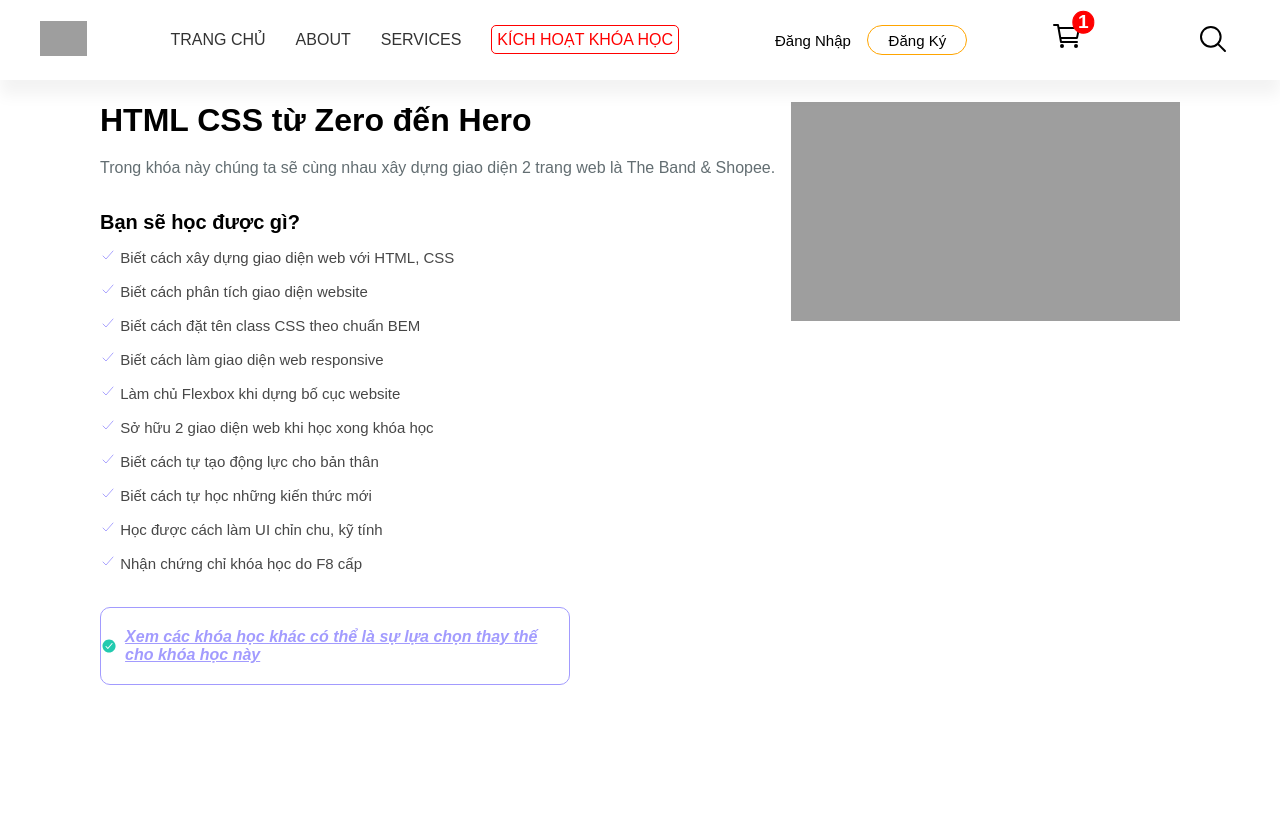
Repository: hoanghuuphuc/hoanghuuphuc
Page: details.html
These files come from the project's save history. The page is drawn as it stood at one moment and after the next save; the edit follows.
The browser window is 1280 px wide. The pictures show the whole page.
Pictures or frames that could not be fetched are drawn as grey boxes.

Above is the page before, as saved 2022-12-11 21:59:14.
Console error: TypeError: Cannot read properties of null (reading 'addEventListener')

After the next save:
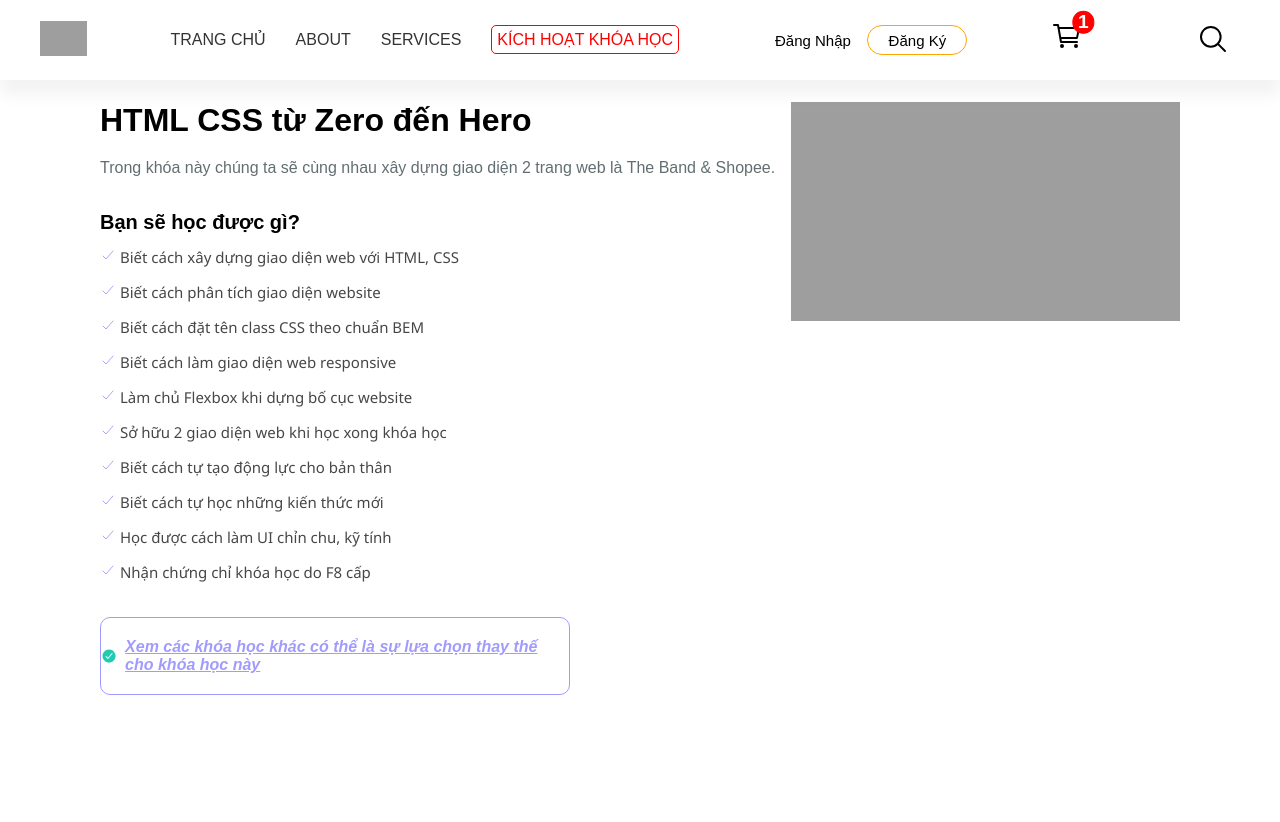
Saved 11 s later.
--- a/style.css
+++ b/style.css
@@ -716,6 +716,7 @@
   color: #333;
   font-weight: 300;
   opacity: 0.9;
+  font-family: "Segoe UI", Tahoma, Geneva, Verdana, sans-serif;
 }
 .details-left-content ul li ion-icon {
   color: #a29bfe;

After the save that followed:
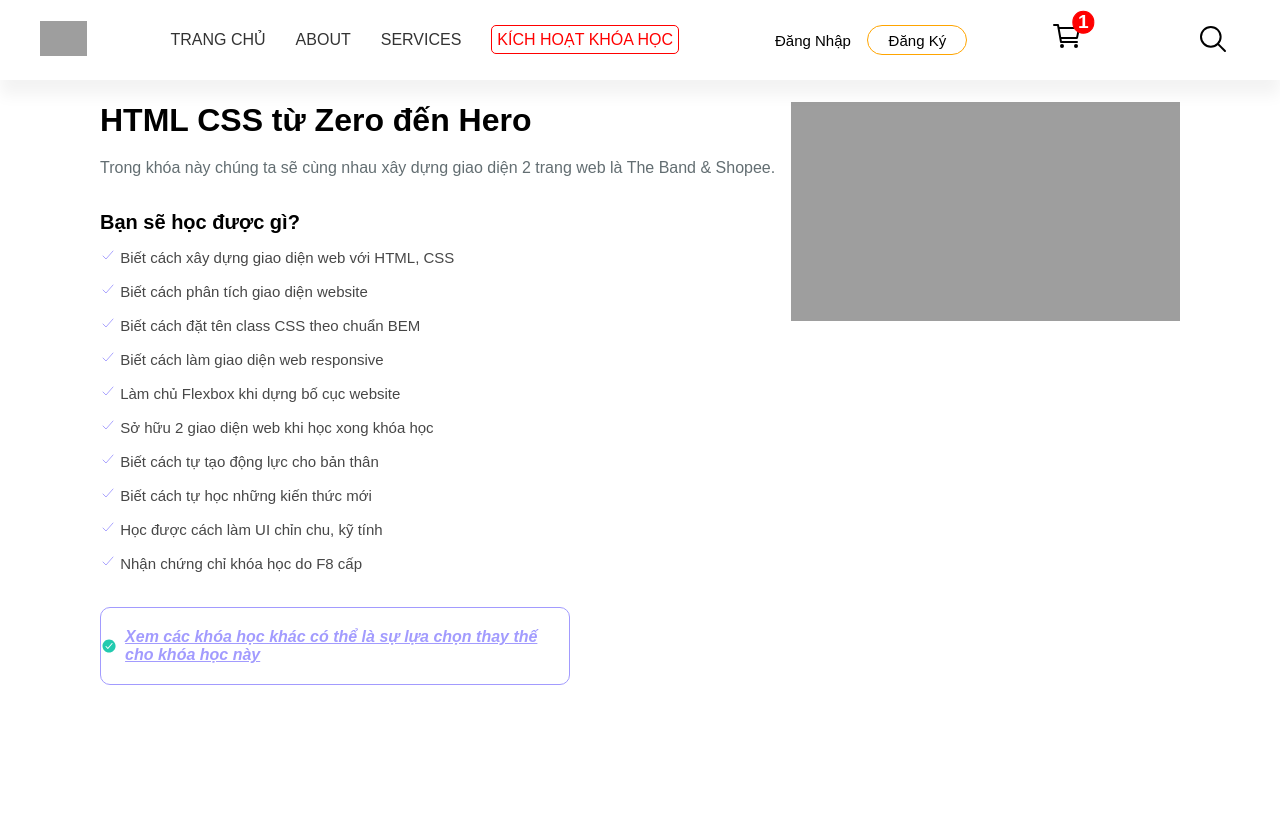
Saved 7 s later.
--- a/style.css
+++ b/style.css
@@ -716,7 +716,7 @@
   color: #333;
   font-weight: 300;
   opacity: 0.9;
-  font-family: "Segoe UI", Tahoma, Geneva, Verdana, sans-serif;
+  font-family: Arial, Helvetica, sans-serif;
 }
 .details-left-content ul li ion-icon {
   color: #a29bfe;
